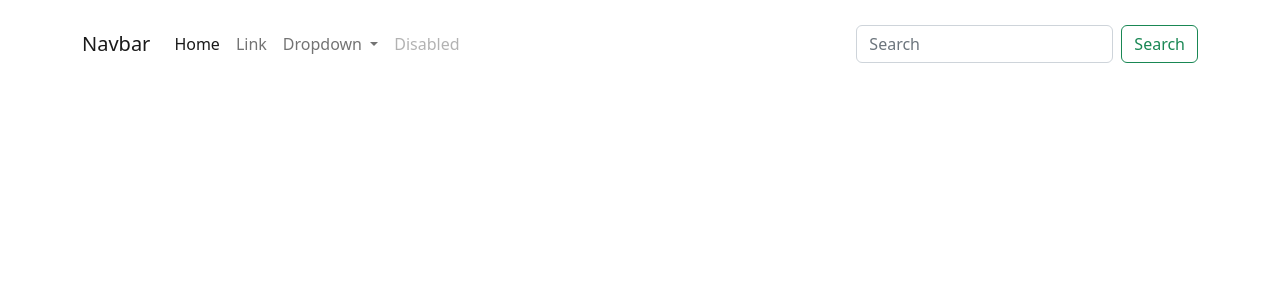
Repository: isaacCodes1/Bootstrap-Nav-Assignment
Page: index.html
An editor plug-in stored every save of this project. The page is shown before and after a run of saves, followed by the edit.
The browser window is 1280 px wide. The pictures show the whole page.
Some web libraries are served in a nearby version.

Above is the page before, as saved 2024-03-19 13:12:55.

After the next 3 saves:
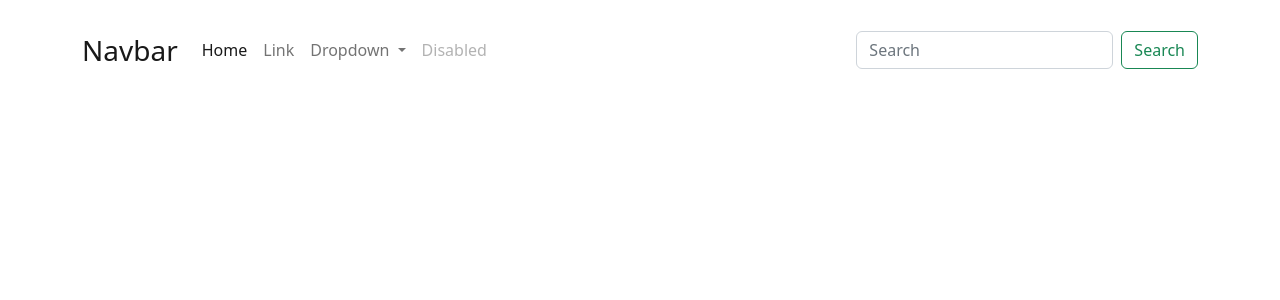
The 3 saves are shown as one change because they came seconds apart.
The last was saved 11 s later.
--- a/index.html
+++ b/index.html
@@ -20,7 +20,7 @@
     <header>
       <nav class="navbar navbar-expand-lg navbar-light bg-transparent px-0 py-4">
         <div class="container-lg">
-          <a class="navbar-brand" href="#">Navbar</a>
+          <a class="navbar-brand fs-3 align" href="#">Navbar</a>
           <button
             class="navbar-toggler"
             type="button"
